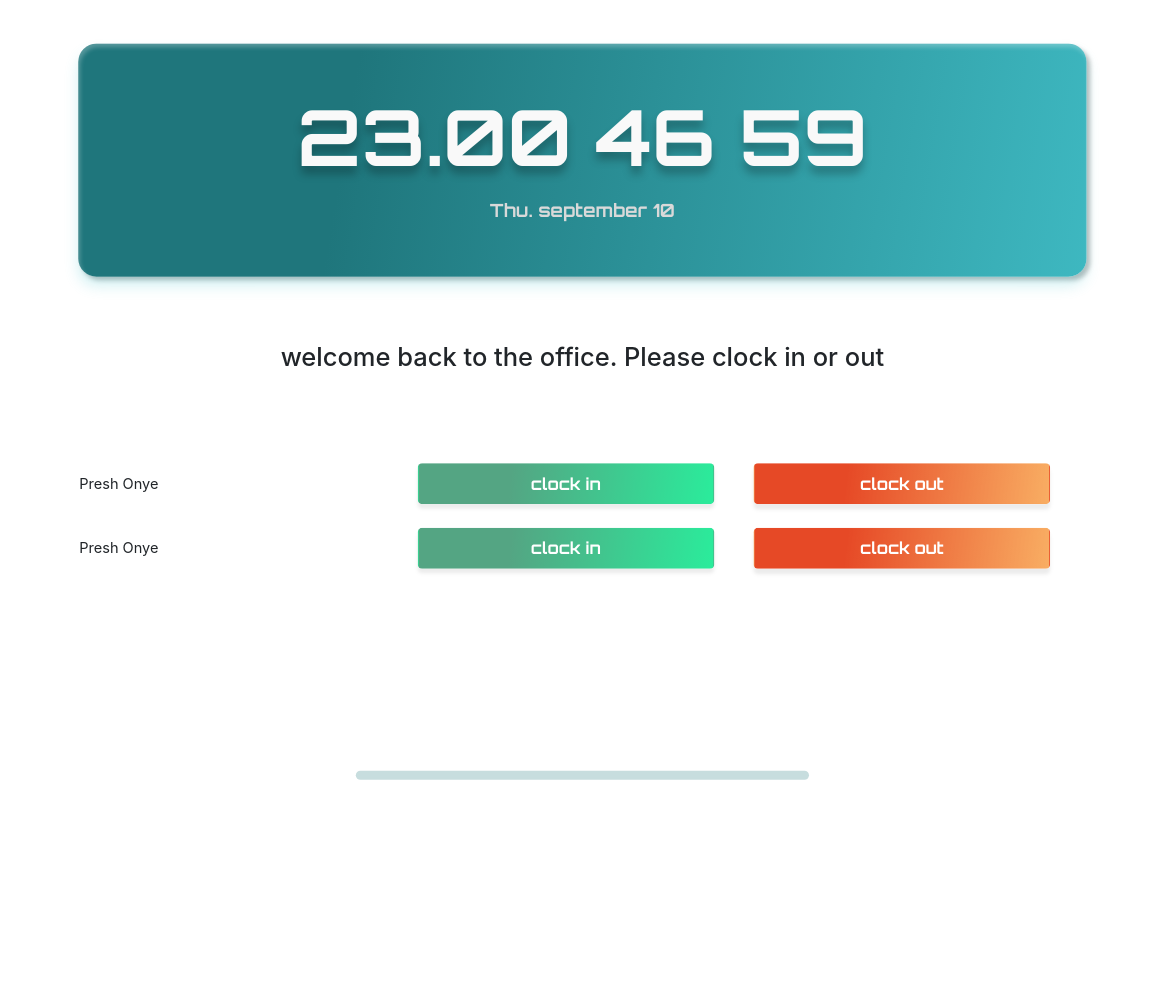
Repository: giprim/clocker
Page: /
The author's editor kept a copy of each file at every save. The page is drawn from the files as they stood at one save, then again after the next save.
The browser window is 1280 px wide. The pictures show the whole page, at 91% of full size.
The project was rebuilt for these pictures with package versions that can differ from the ones it lists, and the page was loaded fresh each time.

Above is the page before, as saved 2020-09-11 00:01:18.

### src/App.tsx
import React from 'react';
import './App.css';

function App() {
  const currentTime = () => {
    let date = new Date();

    return `${date
      .getHours()
      .toFixed(2)} ${date.getMinutes()} ${date.getSeconds()}`;
  };

  console.log(currentTime());

  return (
    <div className='container py-4'>
      {/* clock section */}
      <div className='clock-box effect p-2 py-md-5 mt-4'>
        <div className='row'>
          <div className='col-12'>
            <h4 className='display-3 text-center'>
              {currentTime().toString()}
            </h4>
          </div>
          <div className='col-12 text-center mt-2 mb-1'>
            <h6>Thu. september 10</h6>
          </div>
        </div>
      </div>

      {/* welcome  */}
      <p className='text-center my-5 py-4 h3'>
        welcome back to the office. Please clock in or out
      </p>

      <table>
        <thead>
          <tr>
            <th></th>
            <th></th>
            <th></th>
          </tr>
        </thead>
        <tbody>
          <tr>
            <td>Presh Onye</td>
            <td className='row justify-content-evenly'>
              <button className='btn clockin col-5'> clock in</button>
              <button className='btn clockout col-5'> clock out</button>
            </td>
          </tr>
          <tr>
            <td>Presh Onye</td>
            <td className='row justify-content-evenly'>
              <button className='btn clockin col-5'> clock in</button>
              <button className='btn clockout col-5'> clock out</button>
            </td>
          </tr>
        </tbody>
      </table>

      <hr />
    </div>
  );
}

export default App;

### src/App.css
@import url('https://fonts.googleapis.com/css2?family=Orbitron:wght@400;500;600;700;800;900&family=Work+Sans:ital,wght@0,100;0,200;0,400;0,600;0,700;1,500&display=swap');

.clock-box {
  background: linear-gradient(99.35deg, #1f767c 26.99%, #42c1ca 110.13%);
  box-shadow: 0px 10px 15px rgba(66, 193, 202, 0.23),
    4px 4px 5px rgba(0, 0, 0, 0.25), inset 2px 4px 5px rgba(255, 255, 255, 0.25);
  border-radius: 20px;
  position: relative;
  z-index: 10;
}

.clock-box h4 {
  font-family: Orbitron;
  font-style: normal;
  font-weight: bold;
  font-size: 85px;
  line-height: 107px;
  /* identical to box height */

  color: #f9f9f9;

  text-shadow: 0px 9px 9px rgba(0, 0, 0, 0.25);
}

.clock-box h6 {
  font-family: Orbitron;
  font-style: normal;
  font-weight: bold;
  font-size: 20px;
  line-height: 25px;
  /* identical to box height */

  color: #d9d9d9;
}

.clockout,
.clockin {
  font-family: Orbitron;
  font-style: normal;
  font-weight: bold;
  font-size: 18px;
  line-height: 23px;
  /* identical to box height */
  padding-top: 10px;
  padding-bottom: 10px;
  color: #ffffff;
  transition: ease-in 0.13s;
}

/* table.table {
  border: none;
} */

.clockin:hover,
.clockout:hover {
  color: white;
  transform: translateY(-5px);
}

.clockin {
  background: linear-gradient(97.12deg, #54a583 31.21%, #21fca1 115.81%);
  box-shadow: 0px 5px 4px rgba(128, 128, 128, 0.15);
  border-radius: 5px;
}

.clockout {
  background: linear-gradient(
    97.12deg,
    #e64926 31.21%,
    rgba(252, 176, 63, 0.74) 115.81%
  );
  box-shadow: 0px 6px 4px rgba(128, 128, 128, 0.15);
  border-radius: 5px;
}

table {
  width: 100%;
}

table tr td {
  padding-top: 25px;
}

hr {
  border-radius: 15px;
  margin: 20% auto;
  width: 45%;
  padding: 5px;
  background: #20777c;
}

Loaded but not shown: public/index.html (common file); src/index.tsx (common file); src/index.css (common file); src/serviceWorker.ts (common file)

After the next save:
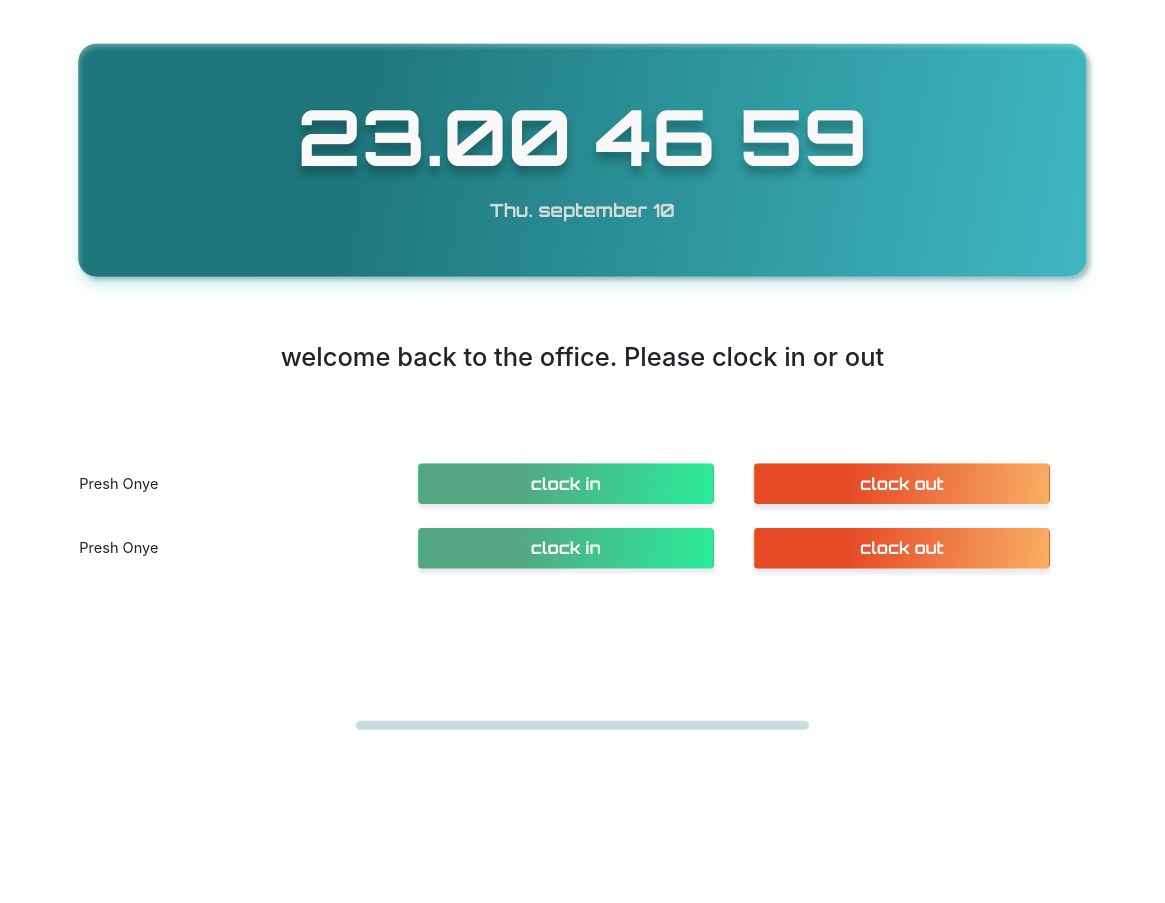
Saved 10 s later.
--- a/src/App.css
+++ b/src/App.css
@@ -83,7 +83,7 @@ table tr td {
 
 hr {
   border-radius: 15px;
-  margin: 20% auto;
+  margin: 15% auto;
   width: 45%;
   padding: 5px;
   background: #20777c;
